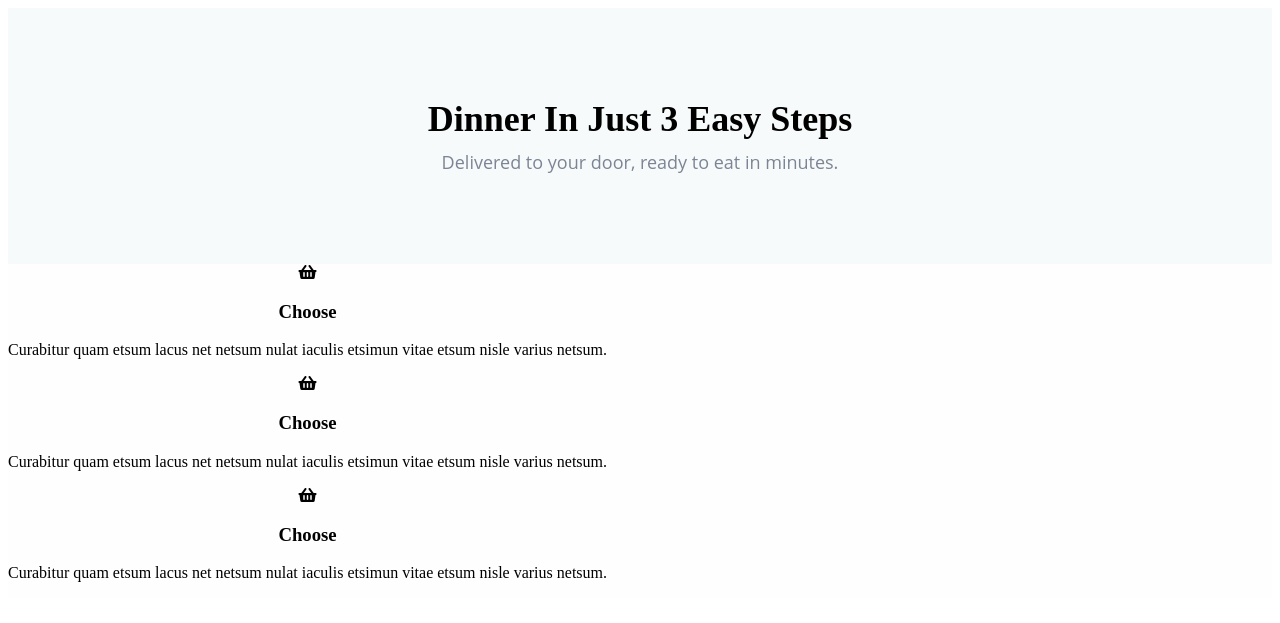
Repository: ST-United-Internship/leadpage
Page: icons-UI.html
These files come from the project's save history. The page is drawn as it stood at one moment and after the next save; the edit follows.
The browser window is 1280 px wide. The pictures show the whole page.
The pointer rests on the first visible `.main`.

Above is the page before, as saved 2023-03-15 11:51:32.

After the next save:
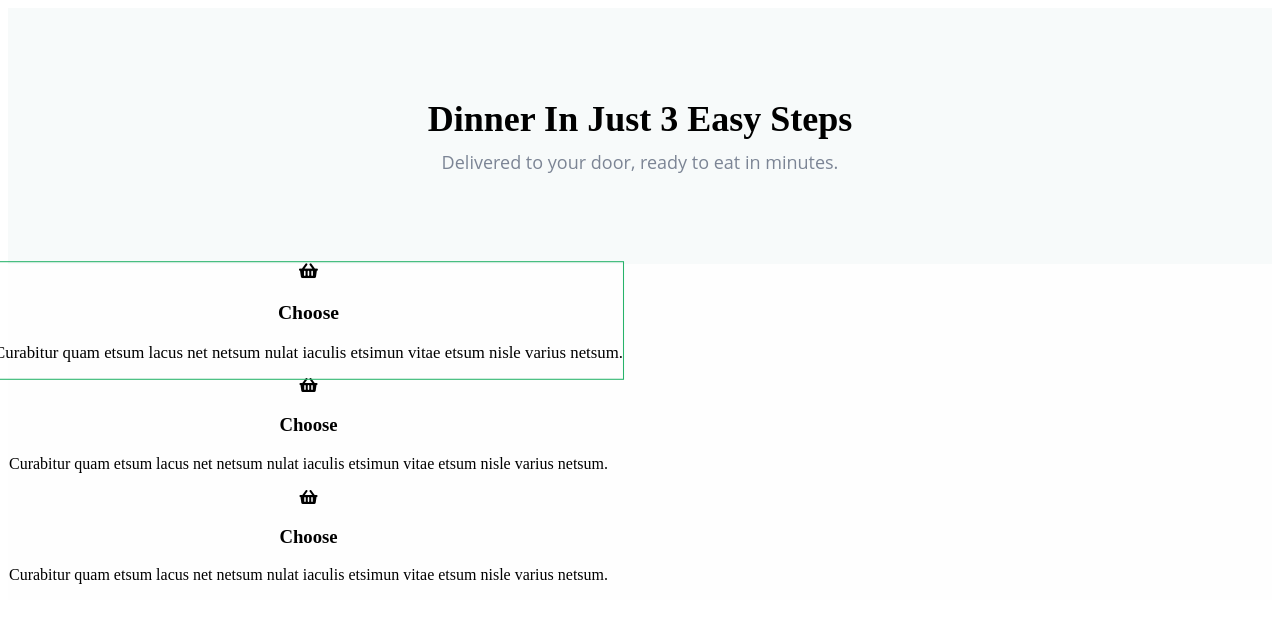
Saved 103 s later.
--- a/css/icons-UI.css
+++ b/css/icons-UI.css
@@ -32,3 +32,9 @@
 .about .icons-warapper .main{
     text-align: center;
 }
+
+
+.main:hover {
+  border: 1px solid #27b36a;
+  transform: scale(1.05, 1.05);
+}
